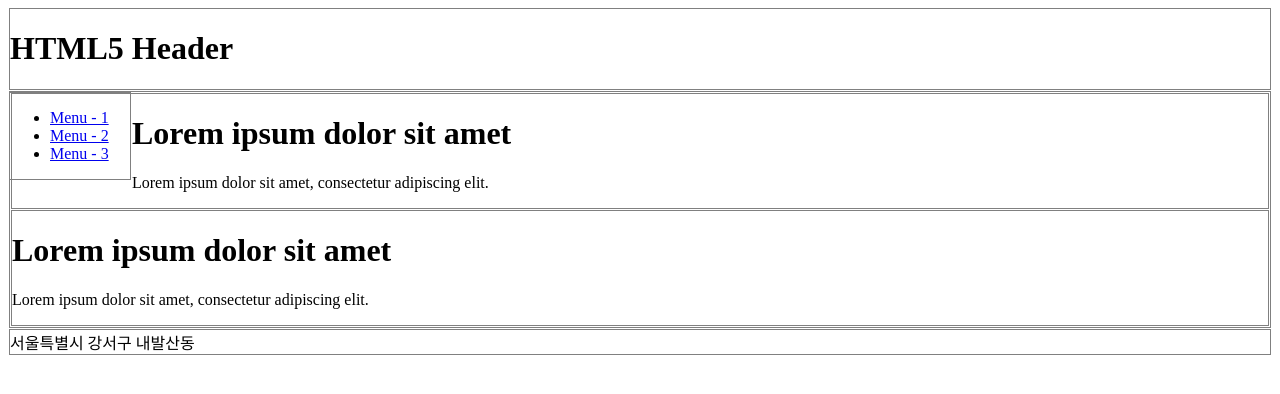
Repository: soso1525/bitcamp
Page: workspace/java-web/src/main/webapp/ch2/2-53.html
These files come from the project's save history. The page is drawn as it stood at one moment and after the next save; the edit follows.
The browser window is 1280 px wide. The pictures show the whole page.

Above is the page before, as saved 2017-12-12 08:08:53.

### workspace/java-web/src/main/webapp/ch2/2-53.html
<!DOCTYPE html>
<html>
<head>
    <title>HTML5 Basic</title>
    <style>
        div {
            border: 1px solid gray;
            margin: 1px
        }

        #sidebar {
            width: 120px;
            float: left;
        }

    </style>
</head>
<body>
    <div id="header">
        <h1>HTML5 Header</h1>
    </div>
    <div id="sidebar">
        <ul>
            <li><a href="#">Menu - 1</a></li>
            <li><a href="#">Menu - 2</a></li>
            <li><a href="#">Menu - 3</a></li>
        </ul>
    </div>
    <div id="content">
        <div>
            <h1>Lorem ipsum dolor sit amet</h1>
            <p>Lorem ipsum dolor sit amet, consectetur adipiscing elit.</p>
        </div>
        <div>
            <h1>Lorem ipsum dolor sit amet</h1>
            <p>Lorem ipsum dolor sit amet, consectetur adipiscing elit.</p>
        </div>
    </div>
    <div id="footer">
        <span>서울특별시 강서구 내발산동</span>
    </div>
</body>
</html>

After the next save:
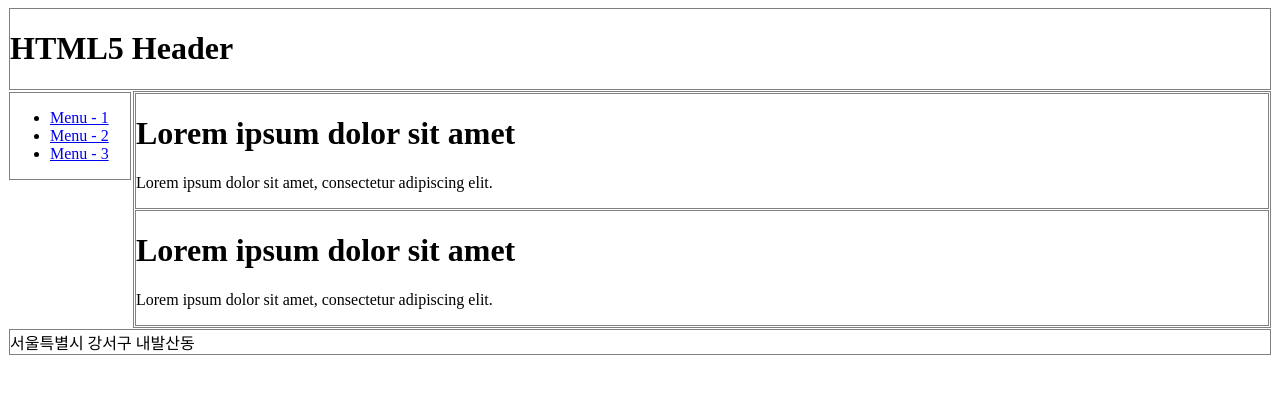
Saved 16 s later.
--- a/workspace/java-web/src/main/webapp/ch2/2-53.html
+++ b/workspace/java-web/src/main/webapp/ch2/2-53.html
@@ -11,6 +11,10 @@
         #sidebar {
             width: 120px;
             float: left;
+        }
+
+        #content {
+            margin-left: 125px;
         }
 
     </style>
